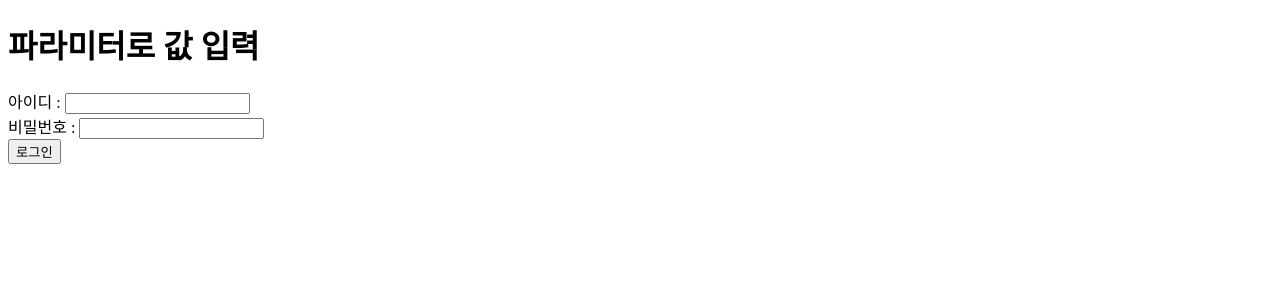
Repository: YooMyeongSeon/JSP_Servlet_Study
Page: http://localhost/web07/Ex_04_Form.jsp
The author's editor kept a copy of each file at every save. The page is drawn from the files as they stood at one save, then again after the next save.
The browser window is 1280 px wide. The pictures show the whole page.
The page is served by Tomcat 9.

Above is the page before, as saved 2022-06-10 01:37:47.

After the next save:
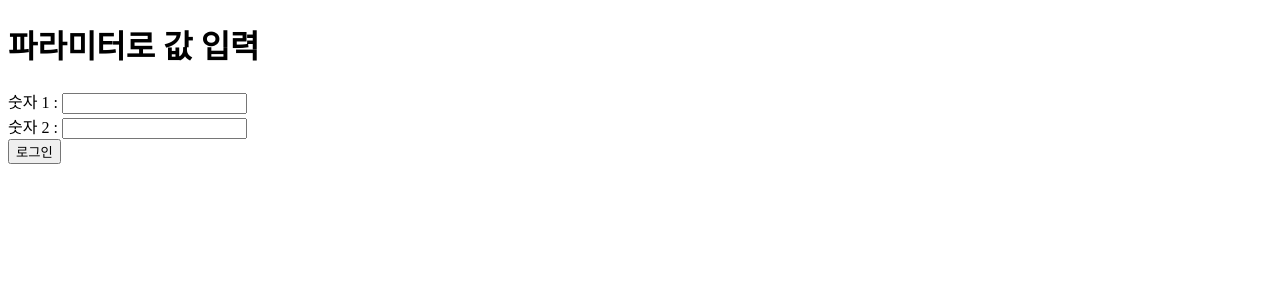
Saved 40 s later.
--- a/web07/WebContent/Ex_04_Form.jsp
+++ b/web07/WebContent/Ex_04_Form.jsp
@@ -9,8 +9,8 @@
 <body>
 	<h1>파라미터로 값 입력</h1>
 	<form action="Ex_04_Result.jsp" method="POST">
-		아이디 : <input type="text" name="userId"><br>
-		비밀번호 : <input type="password" name="userPw"><br>
+		숫자 1 : <input type="number" name="num1"><br>
+		숫자 2 : <input type="number" name="num2"><br>
 		<input type="submit" value="로그인"><br>
 	</form>
 </body>
